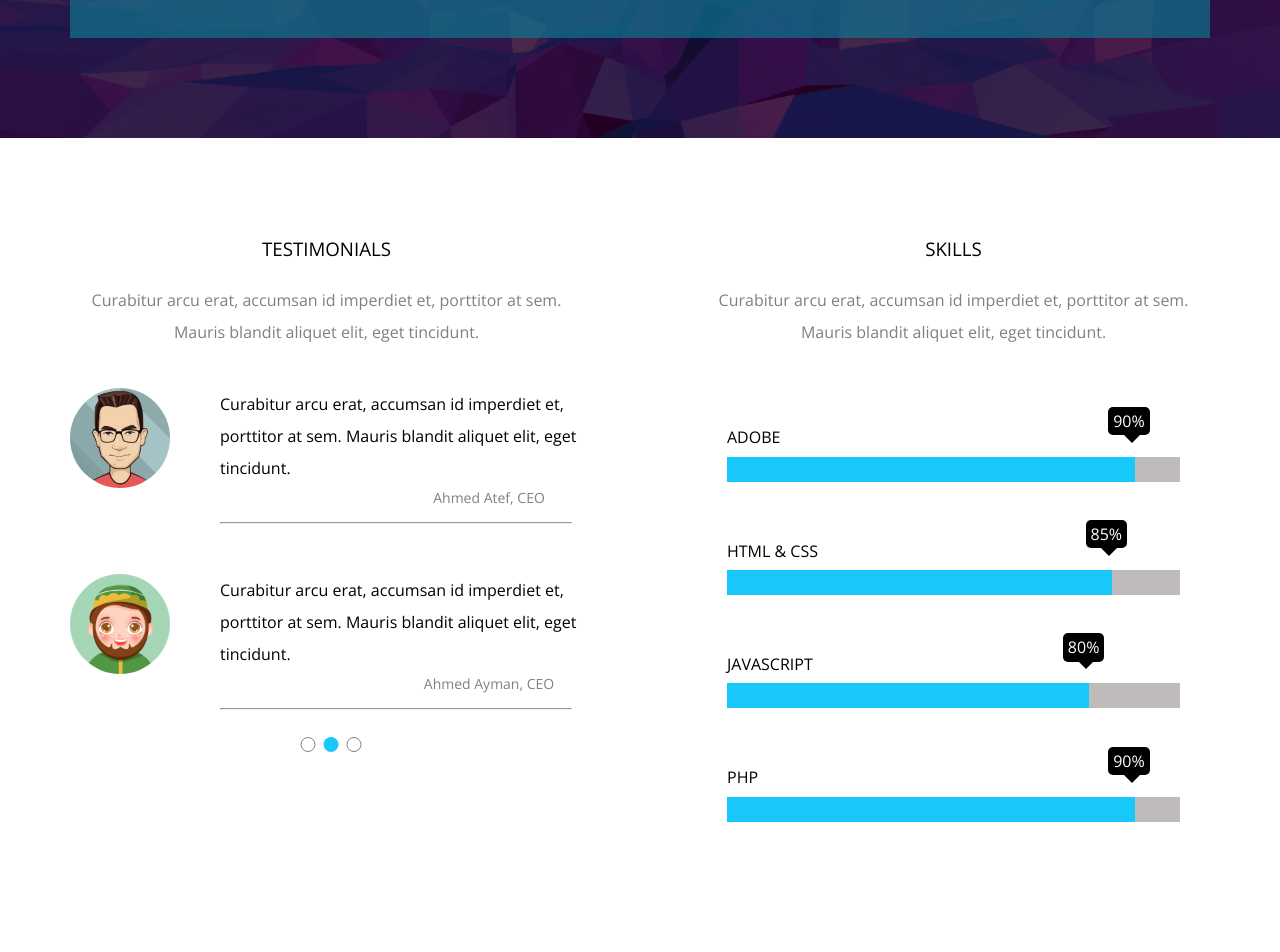
Repository: Ahmed123rezk123/Template_2
Page: index.html
These files come from the project's save history. The page is drawn as it stood at one moment and after the next save; the edit follows.
The browser window is 1280 px wide. The pictures show the part of the page from y = 4915 to 5867 px (the page is 5867 px tall).
A picture or video elsewhere on the page could not be fetched, so the positions and the page height are approximate. Some web fonts or font styles are not loaded; a fallback is used.

Above is the page before, as saved 2024-04-15 19:10:48.

After the next save:
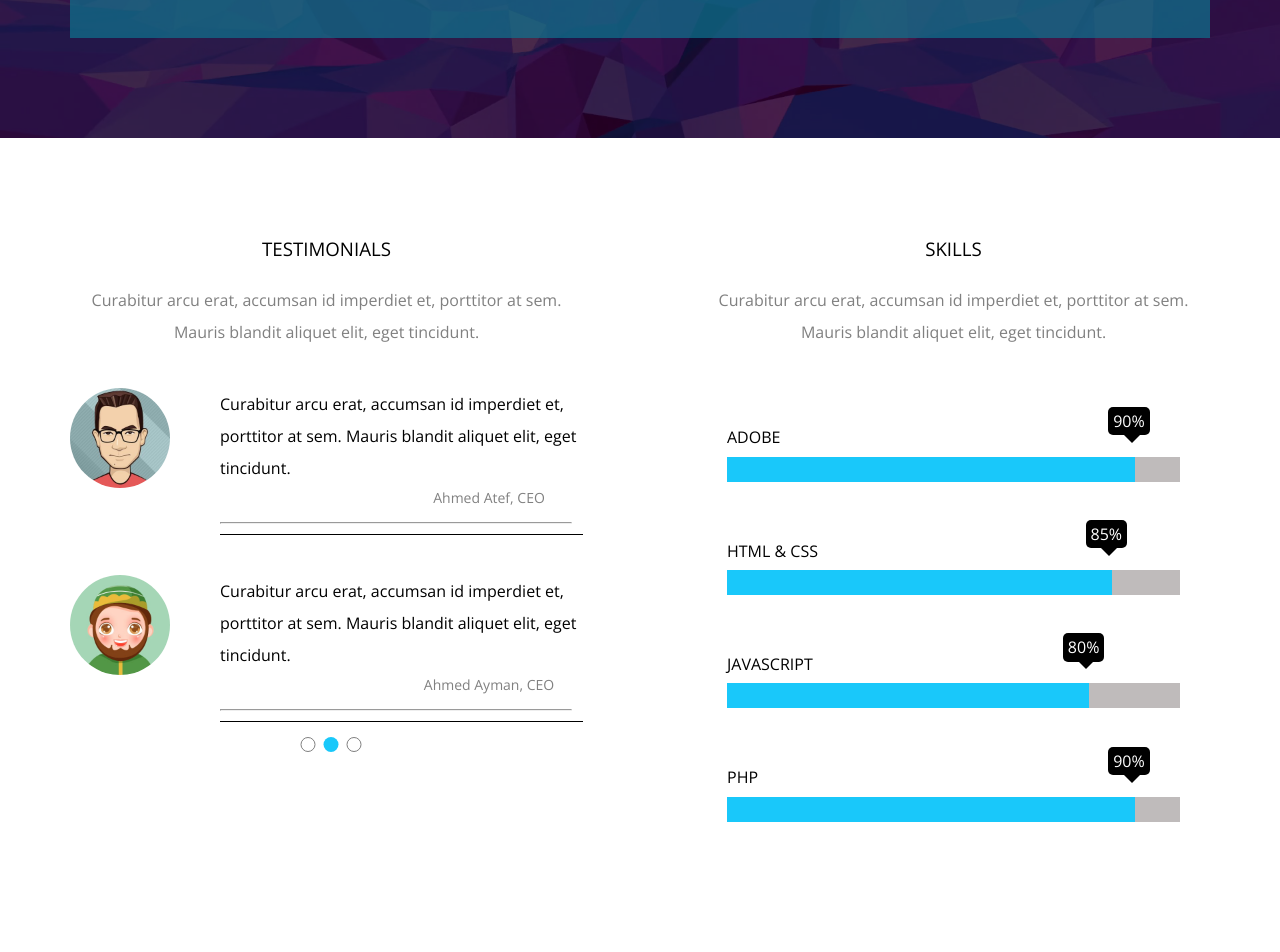
Saved 4 s later.
--- a/css/kasper.css
+++ b/css/kasper.css
@@ -702,7 +702,7 @@ margin-right: 50px;
     flex-direction: column;
     line-height: 2;
     max-width: 400px;
-    border-bottom: ;
+    border-bottom: 1px solid ;
 }
 
 .our-skills .container .testimonial .box .text p {
